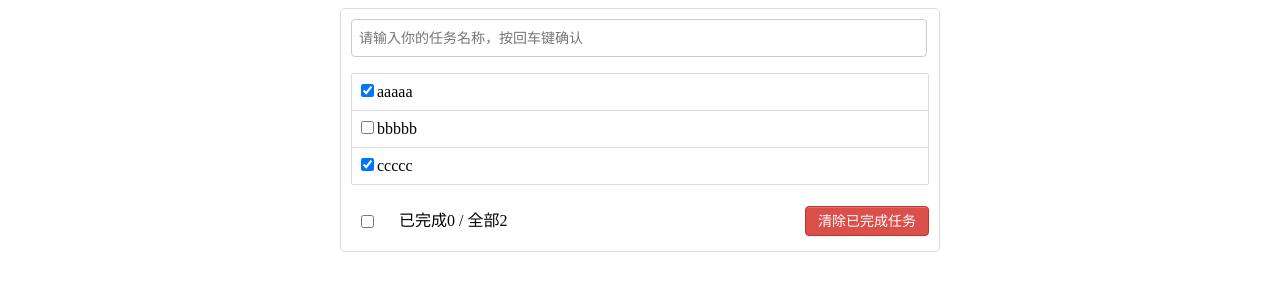
Repository: 319226862/wyy
Page: / (app in vue_test/)
These files come from the project's save history. The page is drawn as it stood at one moment and after the next save; the edit follows.
The browser window is 1280 px wide. The pictures show the whole page.
The project was rebuilt for these pictures with package versions that can differ from the ones it lists, and the page was loaded fresh each time. Also part of the build but not shown: vue_test/vue.config.js.

Above is the page before, as saved 2023-06-20 14:37:54.

After the next save:
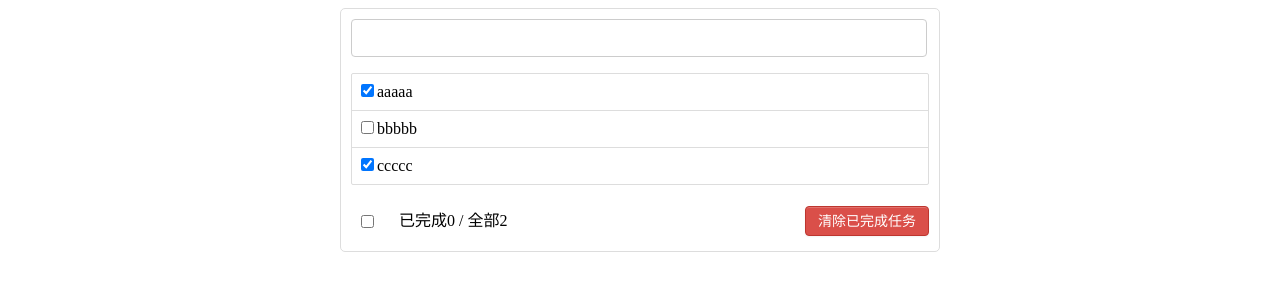
Saved 90 s later.
--- a/vue_test/src/components/MyHeader.vue
+++ b/vue_test/src/components/MyHeader.vue
@@ -1,6 +1,6 @@
 <template>
   <div class="todo-header">
-    <input type="text" placeholder="请输入你的任务名称，按回车键确认"/>
+    <input type="text" @keyup.enter="add"/>
   </div>
 </template>
 
